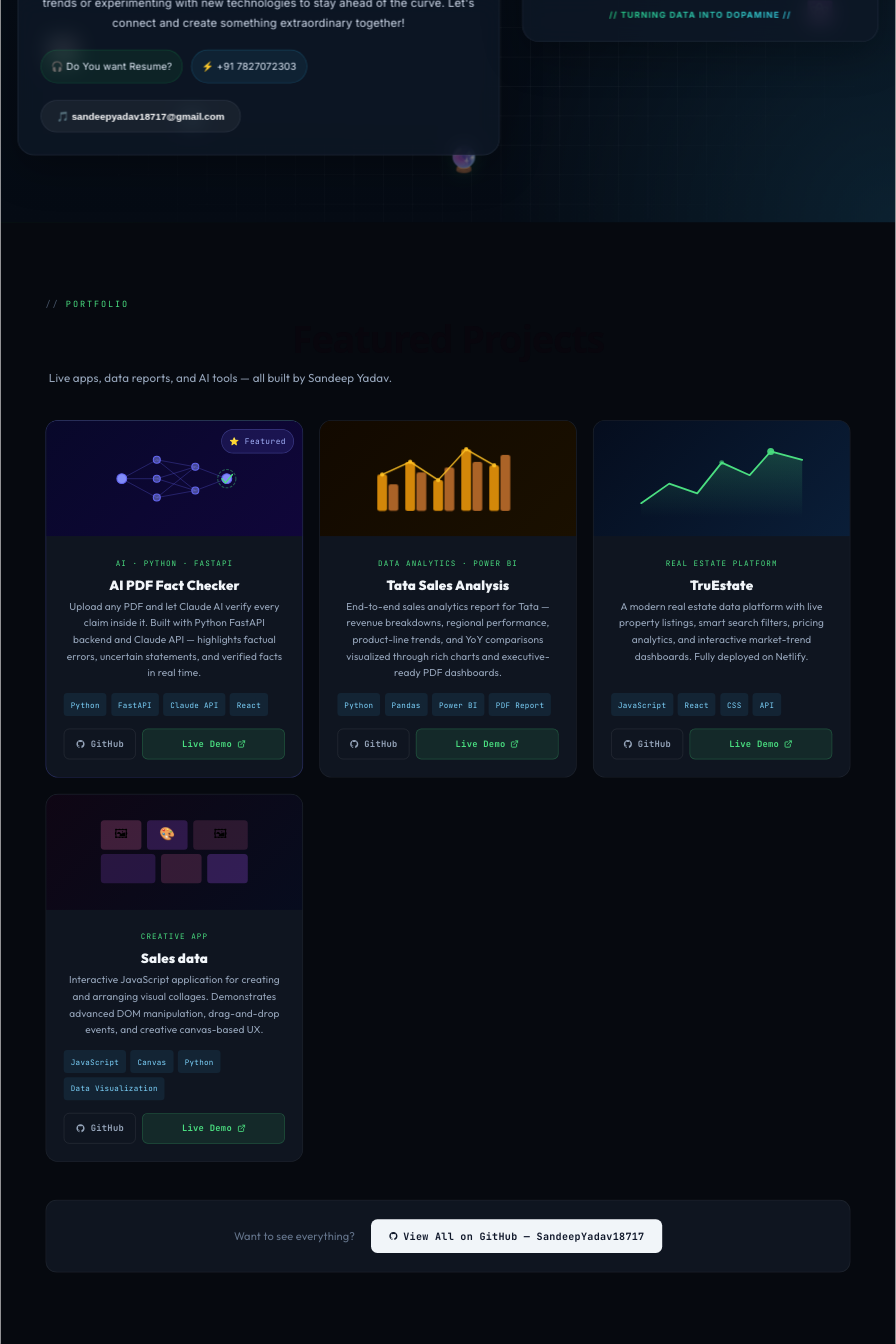
Repository: SandeepYadav18717/sandeepyadav
Page: / (app in Datanaltics_ portfolio/)
These files come from the project's save history. The page is drawn as it stood at one moment and after the next save; the edit follows.
The browser window is 1280 px wide. The pictures show the part of the page from y = 1437 to 3357 px (the page is 3357 px tall before and 3318 px after), at 70% of full size.
The project was rebuilt for these pictures with package versions that can differ from the ones it lists, and the page was loaded fresh each time. Also part of the build but not shown: Datanaltics_ portfolio/vite.config.js, Datanaltics_ portfolio/src/App.css.

Above is the page before, as saved 2026-05-23 11:01:59.

### Datanaltics_ portfolio/index.html
<!doctype html>
<html lang="en">
  <head>
    <meta charset="UTF-8" />
    <link rel="icon" type="image/svg+xml" href="/favicon.svg" />
    <meta name="viewport" content="width=device-width, initial-scale=1.0" />
    <title>javascript</title>
  </head>
  <body>
    <div id="root"></div>
    <script type="module" src="/src/main.jsx"></script>
  </body>
</html>

### Datanaltics_ portfolio/src/index.css
:root {
  --text: #6b6375;
  --text-h: #08060d;
  --bg: #fff;
  --border: #e5e4e7;
  --code-bg: #f4f3ec;
  --accent: #aa3bff;
  --accent-bg: rgba(170, 59, 255, 0.1);
  --accent-border: rgba(170, 59, 255, 0.5);
  --social-bg: rgba(244, 243, 236, 0.5);
  --shadow:
    rgba(0, 0, 0, 0.1) 0 10px 15px -3px, rgba(0, 0, 0, 0.05) 0 4px 6px -2px;

  --sans: system-ui, 'Segoe UI', Roboto, sans-serif;
  --heading: system-ui, 'Segoe UI', Roboto, sans-serif;
  --mono: ui-monospace, Consolas, monospace;

  font: 18px/145% var(--sans);
  letter-spacing: 0.18px;
  color-scheme: light dark;
  color: var(--text);
  background: var(--bg);
  font-synthesis: none;
  text-rendering: optimizeLegibility;
  -webkit-font-smoothing: antialiased;
  -moz-osx-font-smoothing: grayscale;

  @media (max-width: 1024px) {
    font-size: 16px;
  }
}

@media (prefers-color-scheme: dark) {
  :root {
    --text: #9ca3af;
    --text-h: #f3f4f6;
    --bg: #16171d;
    --border: #2e303a;
    --code-bg: #1f2028;
    --accent: #c084fc;
    --accent-bg: rgba(192, 132, 252, 0.15);
    --accent-border: rgba(192, 132, 252, 0.5);
    --social-bg: rgba(47, 48, 58, 0.5);
    --shadow:
      rgba(0, 0, 0, 0.4) 0 10px 15px -3px, rgba(0, 0, 0, 0.25) 0 4px 6px -2px;
  }

  #social .button-icon {
    filter: invert(1) brightness(2);
  }
}

body {
  margin: 0;
}

#root {
  width: 1126px;
  max-width: 100%;
  margin: 0 auto;
  text-align: center;
  border-inline: 1px solid var(--border);
  min-height: 100svh;
  display: flex;
  flex-direction: column;
  box-sizing: border-box;
}

h1,
h2 {
  font-family: var(--heading);
  font-weight: 500;
  color: var(--text-h);
}

h1 {
  font-size: 56px;
  letter-spacing: -1.68px;
  margin: 32px 0;
  @media (max-width: 1024px) {
    font-size: 36px;
    margin: 20px 0;
  }
}
h2 {
  font-size: 24px;
  line-height: 118%;
  letter-spacing: -0.24px;
  margin: 0 0 8px;
  @media (max-width: 1024px) {
    font-size: 20px;
  }
}
p {
  margin: 0;
}

code,
.counter {
  font-family: var(--mono);
  display: inline-flex;
  border-radius: 4px;
  color: var(--text-h);
}

code {
  font-size: 15px;
  line-height: 135%;
  padding: 4px 8px;
  background: var(--code-bg);
}

### Datanaltics_ portfolio/src/App.jsx
import { useState } from 'react'

// import heroImg from './assets/hero.png'
import './App.css'
import Button from './Components/button'
import Main_Page from './pages/Main.jsx'
import About from './pages/About.jsx'
import Projects from './pages/Project.jsx'
function App() {
  const [count, setCount] = useState(0)

  return (
    <>
    <Main_Page />
    <About />
    <Projects />
     </>
  )}
export default App

### Datanaltics_ portfolio/src/Components/button.jsx
function Button({id, text, onClick }) {
  return (
    <button id={id}onClick={onClick} className="btn">
      {text}
    </button>
  );
}
export default Button;

### Datanaltics_ portfolio/src/pages/Main.jsx
import Button from "../Components/button";
import "../Css/Main.css";
import photo from "../assets/image.png";

function Main_Page() {
  return (
    <div className="main-page">
      {/* LEFT SECTION */}
      <div className="left-section">
        <div id="Heading_1">Available for opportunities</div>

        <div id="Name">Sandeep Yadav</div>

        <div id="Heading_2">
          Data Analyst | Frontend Developer | SQL Trainee
        </div>

        <p id="Description">
          I transform raw data into meaningful insights and build intuitive web
          experiences. Passionate about data storytelling, dashboards, and
          turning numbers into decisions.
        </p>

        <Button
          text="View Projects ↗"
          onClick={() => window.open("https://github.com/SandeepYadav18717")}
        />
        <Button
          id="Github"
          text="⌥ Github Profile"
          onClick={() => window.open("https://github.com/SandeepYadav18717")}
        />
      </div>
      {/* RIGHT SECTION */}
      <div className="profile-wrapper">
        <div className="floating-badge badge-top">🟢 Open to work</div>

        {/* FLOATING BADGE 2 */}
        <div className="floating-badge badge-bottom">📊 9 Repos</div>

        {/* PROFILE CARD */}
        <div className="profile-card">
          {/* PROFILE IMAGE */}
          <img src={photo} alt="Profile" id="Photo" />

          {/* NAME */}
          <h2 className="profile-name">Sandeep Yadav</h2>

          {/* ROLE */}
          <p className="profile-role"></p>

          {/* SKILLS */}
          <div className="skill-tags">
            <span>📊 Analytics</span>

            <span>🐍 Python</span>

            <span>🗄️ SQL</span>

            <span>📈 Power BI</span>

            <span>🌐 JavaScript</span>
            <span>📈 React</span>
            <span>📈 Pandas</span>
            <span>📈 Matplotlib</span>
            <span>📈ML </span>
          </div>

          {/* BUTTONS */}
          <div className="profile-buttons">
            {/* GITHUB */}
            <button
              className="github-btn"
              onClick={() =>
                window.open("https://github.com/SandeepYadav18717")
              }
            >
              ⌥ GitHub
            </button>

            {/* CONTACT */}
            <button
              className="contact-btn"
              onClick={() => window.open("https://www.linkedin.com/in/sandeep-yadav-0b6357210/")}
            >
              ✉ Contact
            </button>
          </div>
        </div>
      </div>
    </div>
  );
}

export default Main_Page;

### Datanaltics_ portfolio/src/pages/Project.jsx
import "../Css/Project.css";





/* ─────────────────────────────────────────
   PROJECT DATA  – update any field freely
───────────────────────────────────────── */
const projects = [
  {
    id: 1,
    cat: "AI · Python · FastAPI",
    title: "AI PDF Fact Checker",
    desc: "Upload any PDF and let Claude AI verify every claim inside it. Built with Python FastAPI backend and Claude API — highlights factual errors, uncertain statements, and verified facts in real time.",
    tags: ["Python", "FastAPI", "Claude API", "React"],
    liveLink: "https://ai-pdf-fact-checker.netlify.app/",
    githubLink: "https://github.com/SandeepYadav18717",
    thumb: "t-ai",
    chart: "ai",
    featured: true,
  },
  {
    id: 2,
    cat: "Data Analytics · Power BI",
    title: "Tata Sales Analysis",
    desc: "End-to-end sales analytics report for Tata — revenue breakdowns, regional performance, product-line trends, and YoY comparisons visualized through rich charts and executive-ready PDF dashboards.",
    tags: ["Python", "Pandas", "Power BI", "PDF Report"],
    liveLink: "https://github.com/SandeepYadav18717/sales_Anlytcs/blob/main/Sales%20Analysis1_merged.pdf",
    githubLink: "https://github.com/SandeepYadav18717/sales_Anlytcs",
    thumb: "t-sales",
    chart: "sales",
    featured: false,
  },
  {
    id: 3,
    cat: "Real Estate Platform",
    title: "TruEstate",
    desc: "A modern real estate data platform with live property listings, smart search filters, pricing analytics, and interactive market-trend dashboards. Fully deployed on Netlify.",
    tags: ["JavaScript", "React", "CSS", "API"],
    liveLink: "https://truestae.netlify.app/",
    githubLink: "https://github.com/SandeepYadav18717/TruEstate",
    thumb: "t-real",
    chart: "line-green",
    featured: false,
  },
//   {
//     id: 4,
//     cat: "Weather Analytics",
//     title: "Weather Dashboard",
//     desc: "Real-time weather analytics app powered by live APIs — temperature trends, city comparisons, forecast charts, and responsive design built with React + Vite. Live on Netlify.",
//     tags: ["React", "Vite", "REST API", "Charts"],
//     liveLink: "https://zippy-crumble-f03f41.netlify.app/",
//     githubLink: "https://github.com/SandeepYadav18717/weather",
//     thumb: "t-weather",
//     chart: "bars-blue",
//     featured: false,
//   },
//   {
//     id: 5,
//     cat: "Portfolio Site",
//     title: "Personal Portfolio",
//     desc: "A React + Vite portfolio showcasing projects, skills, and experience. Component-based architecture with smooth animations and fully responsive layout across all screen sizes.",
//     tags: ["React", "Vite", "CSS"],
//     liveLink: "https://sandeepyadav18717.github.io/sandeep/",
//     githubLink: "https://github.com/SandeepYadav18717/Sandeep_portfolio",
//     thumb: "t-port",
//     chart: "donut",
//     featured: false,
//   },
  {
    id: 6,
    cat: "Creative App",
    title: "Sales data",
    desc: "Interactive JavaScript application for creating and arranging visual collages. Demonstrates advanced DOM manipulation, drag-and-drop events, and creative canvas-based UX.",
    tags: ["JavaScript", "Canvas", "Python", "Data Visualization"],
    liveLink: "https://github.com/SandeepYadav18717/sales_Anlytcs/blob/main/Sales%20Analysis1_merged.pdf",
    githubLink: "https://github.com/SandeepYadav18717/sales_Anlytcs",
    thumb: "t-collage",
    chart: "collage",
    featured: false,
  },
];

/* ─────────────────────────────────────────
   SVG CHART THUMBNAILS
───────────────────────────────────────── */

/* AI Fact Checker — brain / neural net style */
function ChartAI() {
  const nodes = [
    { cx: 40, cy: 55, r: 7 },
    { cx: 90, cy: 28, r: 5 },
    { cx: 90, cy: 55, r: 5 },
    { cx: 90, cy: 82, r: 5 },
    { cx: 145, cy: 38, r: 5 },
    { cx: 145, cy: 72, r: 5 },
    { cx: 190, cy: 55, r: 7 },
  ];
  const edges = [
    [40,55,90,28],[40,55,90,55],[40,55,90,82],
    [90,28,145,38],[90,28,145,72],
    [90,55,145,38],[90,55,145,72],
    [90,82,145,38],[90,82,145,72],
    [145,38,190,55],[145,72,190,55],
  ];
  return (
    <svg className="fp-chart" width="230" height="110" viewBox="0 0 230 110">
      {edges.map(([x1,y1,x2,y2], i) => (
        <line key={i} x1={x1} y1={y1} x2={x2} y2={y2}
          stroke="rgba(99,102,241,0.35)" strokeWidth="1.2"
          className="fp-draw" style={{ animationDelay: `${i * 0.06}s` }}
        />
      ))}
      {nodes.map((n, i) => (
        <circle key={i} cx={n.cx} cy={n.cy} r={n.r}
          fill={i === 0 || i === nodes.length - 1 ? "#818cf8" : "rgba(129,140,248,0.5)"}
          stroke="#6366f1" strokeWidth="1.5"
        />
      ))}
      {/* check mark on output */}
      <circle cx="190" cy="55" r="13" fill="none" stroke="rgba(74,222,128,0.4)" strokeWidth="1.5" strokeDasharray="4 2"/>
      <polyline points="183,55 188,61 198,49" fill="none" stroke="#4ade80" strokeWidth="2" strokeLinecap="round" strokeLinejoin="round" className="fp-draw" style={{ animationDelay: "0.8s" }}/>
    </svg>
  );
}

/* Tata Sales — multi-bar + trend line */
function ChartSales() {
  const groups = [
    { x: 14,  hA: 52, hB: 38 },
    { x: 54,  hA: 70, hB: 55 },
    { x: 94,  hA: 44, hB: 62 },
    { x: 134, hA: 88, hB: 70 },
    { x: 174, hA: 65, hB: 80 },
  ];
  const base = 101;
  return (
    <svg className="fp-chart" width="230" height="110" viewBox="0 0 230 110">
      {groups.map((g, i) => (
        <g key={i}>
          <rect className="fp-bar" x={g.x} y={base - g.hA} width="14" height={g.hA} rx="3"
            fill="#f59e0b" opacity="0.85" style={{ animationDelay: `${i * 0.1}s` }}/>
          <rect className="fp-bar" x={g.x + 16} y={base - g.hB} width="14" height={g.hB} rx="3"
            fill="#fb923c" opacity="0.65" style={{ animationDelay: `${i * 0.1 + 0.05}s` }}/>
        </g>
      ))}
      <polyline className="fp-draw"
        points="21,49 61,31 101,57 141,13 181,36"
        fill="none" stroke="#fbbf24" strokeWidth="2" strokeLinecap="round" strokeLinejoin="round"
        strokeDasharray="200" style={{ animationDelay: "0.5s" }}
      />
      {[21,61,101,141,181].map((x, i) => {
        const ys = [49,31,57,13,36];
        return <circle key={i} cx={x} cy={ys[i]} r="3" fill="#fbbf24"/>;
      })}
    </svg>
  );
}

/* TruEstate — green area line */
function ChartLineGreen() {
  return (
    <svg className="fp-chart" width="230" height="110" viewBox="0 0 230 110" overflow="visible">
      <defs>
        <linearGradient id="g-green" x1="0" y1="0" x2="0" y2="1">
          <stop offset="0%" stopColor="#4ade80" stopOpacity="0.22"/>
          <stop offset="100%" stopColor="#4ade80" stopOpacity="0"/>
        </linearGradient>
      </defs>
      <polygon points="0,90 40,62 80,76 115,32 155,50 185,16 230,28 230,110 0,110" fill="url(#g-green)"/>
      <polyline className="fp-draw"
        points="0,90 40,62 80,76 115,32 155,50 185,16 230,28"
        fill="none" stroke="#4ade80" strokeWidth="2.5" strokeLinecap="round" strokeLinejoin="round"
        strokeDasharray="320"
      />
      <circle cx="185" cy="16" r="5" fill="#4ade80" opacity="0.9"/>
      <circle cx="115" cy="32" r="3.5" fill="#4ade80" opacity="0.6"/>
    </svg>
  );
}

/* Weather — blue bars */
function ChartBarsBlue() {
  const bars = [
    { x: 10, h: 46, d: "0.05s" }, { x: 46, h: 73, d: "0.10s" },
    { x: 82, h: 59, d: "0.15s" }, { x: 118, h: 89, d: "0.20s" },
    { x: 154, h: 67, d: "0.25s" }, { x: 190, h: 51, d: "0.30s" },
  ];
  return (
    <svg className="fp-chart" width="230" height="110" viewBox="0 0 230 110">
      {bars.map((b, i) => (
        <rect key={i} className="fp-bar"
          x={b.x} y={101 - b.h} width="26" height={b.h} rx="4"
          fill="#38bdf8" opacity={0.45 + i * 0.1}
          style={{ animationDelay: b.d }}
        />
      ))}
    </svg>
  );
}

/* Portfolio — donut */
function ChartDonut() {
  return (
    <svg className="fp-chart" width="230" height="110" viewBox="0 0 230 110">
      <circle cx="115" cy="55" r="42" fill="none" stroke="rgba(251,191,36,0.12)" strokeWidth="18"/>
      <circle cx="115" cy="55" r="42" fill="none" stroke="#fbbf24" strokeWidth="18"
        strokeDasharray="184 80" strokeLinecap="round" transform="rotate(-90 115 55)"/>
      <circle cx="115" cy="55" r="24" fill="none" stroke="rgba(249,115,22,0.12)" strokeWidth="11"/>
      <circle cx="115" cy="55" r="24" fill="none" stroke="#f97316" strokeWidth="11"
        strokeDasharray="106 45" strokeLinecap="round" transform="rotate(-90 115 55)"/>
      <text x="115" y="60" textAnchor="middle" fill="#fbbf24" fontSize="10" fontWeight="700"
        fontFamily="JetBrains Mono,monospace">PORTFOLIO</text>
    </svg>
  );
}

/* Collage — grid blocks */
function ChartCollage() {
  const cells = [
    { x: 10, y: 10, w: 58, h: 42, fill: "rgba(244,114,182,0.22)" },
    { x: 76, y: 10, w: 58, h: 42, fill: "rgba(168,85,247,0.22)" },
    { x: 142, y: 10, w: 78, h: 42, fill: "rgba(244,114,182,0.14)" },
    { x: 10, y: 58, w: 78, h: 42, fill: "rgba(168,85,247,0.18)" },
    { x: 96, y: 58, w: 58, h: 42, fill: "rgba(244,114,182,0.18)" },
    { x: 162, y: 58, w: 58, h: 42, fill: "rgba(168,85,247,0.26)" },
  ];
  return (
    <svg className="fp-chart" width="230" height="110" viewBox="0 0 230 110">
      {cells.map((c, i) => (
        <rect key={i} x={c.x} y={c.y} width={c.w} height={c.h} rx="5" fill={c.fill}/>
      ))}
      <text x="39" y="36" textAnchor="middle" fontSize="18">🖼</text>
      <text x="105" y="36" textAnchor="middle" fontSize="18">🎨</text>
      <text x="181" y="36" textAnchor="middle" fontSize="18">🖼</text>
    </svg>
  );
}

const chartMap = {
  ai: <ChartAI />,
  sales: <ChartSales />,
  "line-green": <ChartLineGreen />,
  "bars-blue": <ChartBarsBlue />,
  donut: <ChartDonut />,
  collage: <ChartCollage />,
};

/* ─────────────────────────────────────────
   ICONS
───────────────────────────────────────── */
const GitHubIcon = () => (
  <svg width="14" height="14" viewBox="0 0 24 24" fill="currentColor" aria-hidden="true">
    <path d="M12 2C6.477 2 2 6.484 2 12.017c0 4.425 2.865 8.18 6.839 9.504.5.092.682-.217.682-.483 0-.237-.008-.868-.013-1.703-2.782.605-3.369-1.343-3.369-1.343-.454-1.158-1.11-1.466-1.11-1.466-.908-.62.069-.608.069-.608 1.003.07 1.531 1.032 1.531 1.032.892 1.53 2.341 1.088 2.91.832.092-.647.35-1.088.636-1.338-2.22-.253-4.555-1.113-4.555-4.951 0-1.093.39-1.988 1.029-2.688-.103-.253-.446-1.272.098-2.65 0 0 .84-.27 2.75 1.026A9.564 9.564 0 0112 6.844c.85.004 1.705.115 2.504.337 1.909-1.296 2.747-1.027 2.747-1.027.546 1.379.202 2.398.1 2.651.64.7 1.028 1.595 1.028 2.688 0 3.848-2.339 4.695-4.566 4.943.359.309.678.92.678 1.855 0 1.338-.012 2.419-.012 2.747 0 .268.18.58.688.482A10.019 10.019 0 0022 12.017C22 6.484 17.522 2 12 2z"/>
  </svg>
);

const ExternalIcon = () => (
  <svg width="12" height="12" viewBox="0 0 24 24" fill="none" stroke="currentColor" strokeWidth="2.5" strokeLinecap="round" strokeLinejoin="round" aria-hidden="true">
    <path d="M18 13v6a2 2 0 01-2 2H5a2 2 0 01-2-2V8a2 2 0 012-2h6"/>
    <polyline points="15 3 21 3 21 9"/>
    <line x1="10" y1="14" x2="21" y2="3"/>
  </svg>
);

/* ─────────────────────────────────────────
   PROJECT CARD
───────────────────────────────────────── */
function ProjectCard({ project }) {
  return (
    <div className={`fp-card ${project.featured ? "fp-card--featured" : ""}`}>
      {project.featured && <div className="fp-badge">⭐ Featured</div>}
      <div className={`fp-thumb fp-${project.thumb}`}>
        {chartMap[project.chart]}
      </div>
      <div className="fp-body">
        <span className="fp-cat">{project.cat}</span>
        <h3 className="fp-title">{project.title}</h3>
        <p className="fp-desc">{project.desc}</p>
        <div className="fp-tags" style={{ marginBottom: "1rem" }}>
          {project.tags.map((t) => (
            <span key={t} className="fp-tag">{t}</span>
          ))}
        </div>
        <div className="fp-foot">
          <a href={project.githubLink} target="_blank" rel="noreferrer" className="fp-btn fp-btn--ghost">
            <GitHubIcon /> GitHub
          </a>
          <a href={project.liveLink} target="_blank" rel="noreferrer" className="fp-btn fp-btn--primary">
            Live Demo <ExternalIcon />
          </a>
        </div>
      </div>
    </div>
  );
}

/* ─────────────────────────────────────────
   SECTION
───────────────────────────────────────── */
export default function Projects() {
  return (
    <section className="fp-section" id="projects">
      <div className="fp-inner">

        {/* Header */}
        <p className="fp-sec-tag">Portfolio</p>
        <h2 className="fp-sec-title">Featured Projects</h2>
        <p className="fp-sec-sub">
          Live apps, data reports, and AI tools — all built by Sandeep Yadav.
        </p>

        {/* Grid */}
        <div className="fp-grid">
          {projects.map((p) => (
            <ProjectCard key={p.id} project={p} />
          ))}
        </div>

        {/* GitHub CTA */}
        <div className="fp-github-cta">
          <p>Want to see everything?</p>
          <a
            href="https://github.com/SandeepYadav18717"
            target="_blank"
            rel="noreferrer"
            className="fp-btn fp-btn--github"
          >
            <GitHubIcon />
            View All on GitHub — SandeepYadav18717
          </a>
        </div>

      </div>
    </section>
  );
}

Loaded but not shown: Datanaltics_ portfolio/src/main.jsx (common file); Datanaltics_ portfolio/src/Css/About.css (467 lines, source omitted); Datanaltics_ portfolio/src/Css/Main.css (551 lines, source omitted); Datanaltics_ portfolio/src/pages/About.jsx (178 lines, source omitted); Datanaltics_ portfolio/src/Css/Project.css (316 lines, source omitted)

After the next save:
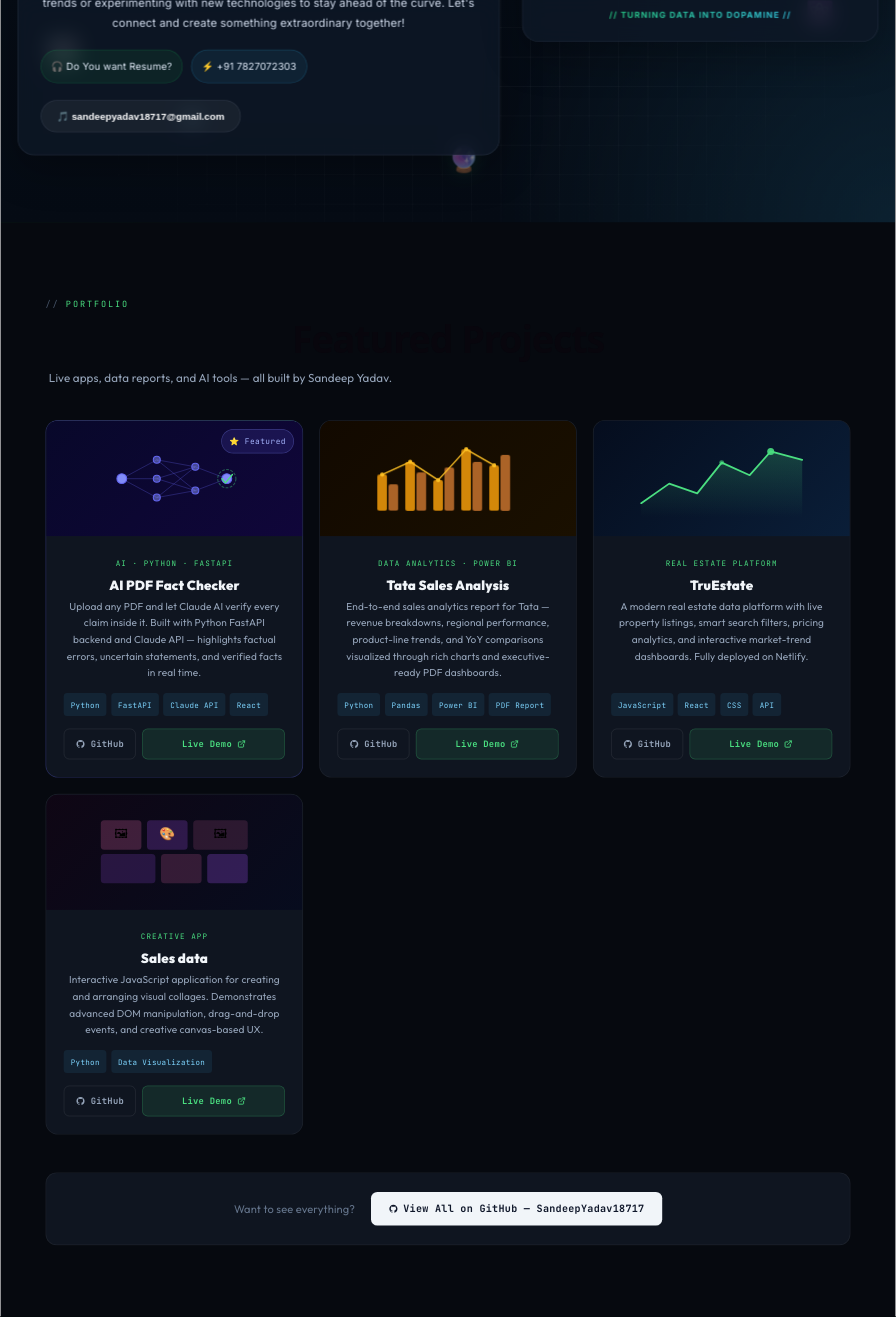
Saved 13 s later.
--- a/Datanaltics_ portfolio/src/pages/Project.jsx
+++ b/Datanaltics_ portfolio/src/pages/Project.jsx
@@ -73,7 +73,7 @@ const projects = [
     cat: "Creative App",
     title: "Sales data",
     desc: "Interactive JavaScript application for creating and arranging visual collages. Demonstrates advanced DOM manipulation, drag-and-drop events, and creative canvas-based UX.",
-    tags: ["JavaScript", "Canvas", "Python", "Data Visualization"],
+    tags: ["Python", "Data Visualization"],
     liveLink: "https://github.com/SandeepYadav18717/sales_Anlytcs/blob/main/Sales%20Analysis1_merged.pdf",
     githubLink: "https://github.com/SandeepYadav18717/sales_Anlytcs",
     thumb: "t-collage",
